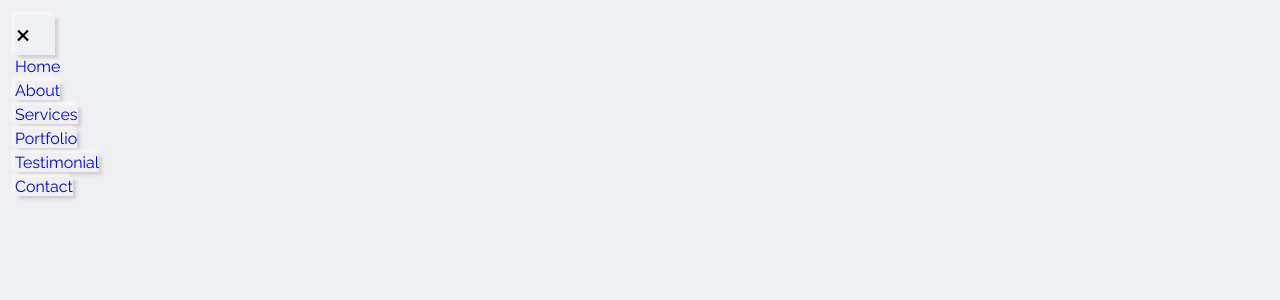
Repository: Mohamed-Hema/Personal-Portfolio---webshala
Page: index.html
The author's editor kept a copy of each file at every save. The page is drawn from the files as they stood at one save, then again after the next save.
The browser window is 1280 px wide. The pictures show the whole page.

Above is the page before, as saved 2021-05-02 14:10:44.

After the next save:
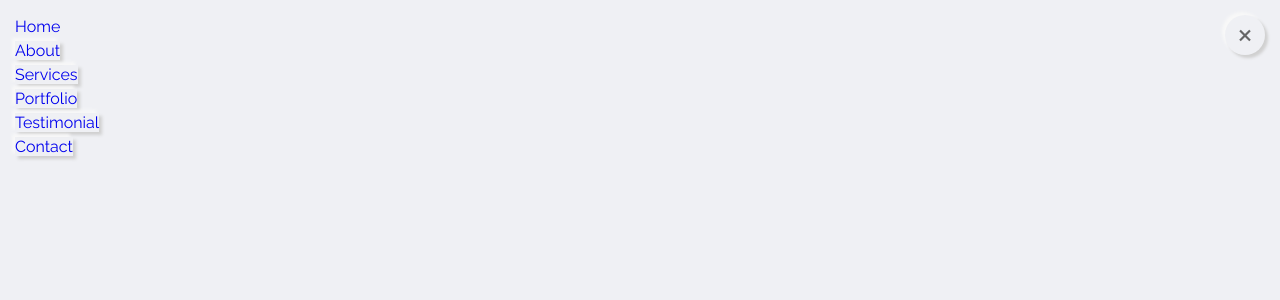
Saved 44 s later.
--- a/css/style.css
+++ b/css/style.css
@@ -161,6 +161,14 @@ img{
     display: block;
     font-size: 35px;
     line-height: 35px;
+    border-radius: 50%;
+    position: absolute;
+    right: 15px;
+    top: 15px;
+    cursor: pointer;
+    text-align: center;
+    color: var(--text-black-600);
+
 }
 .nav-menu-inner{
     /* background-color: blue;
